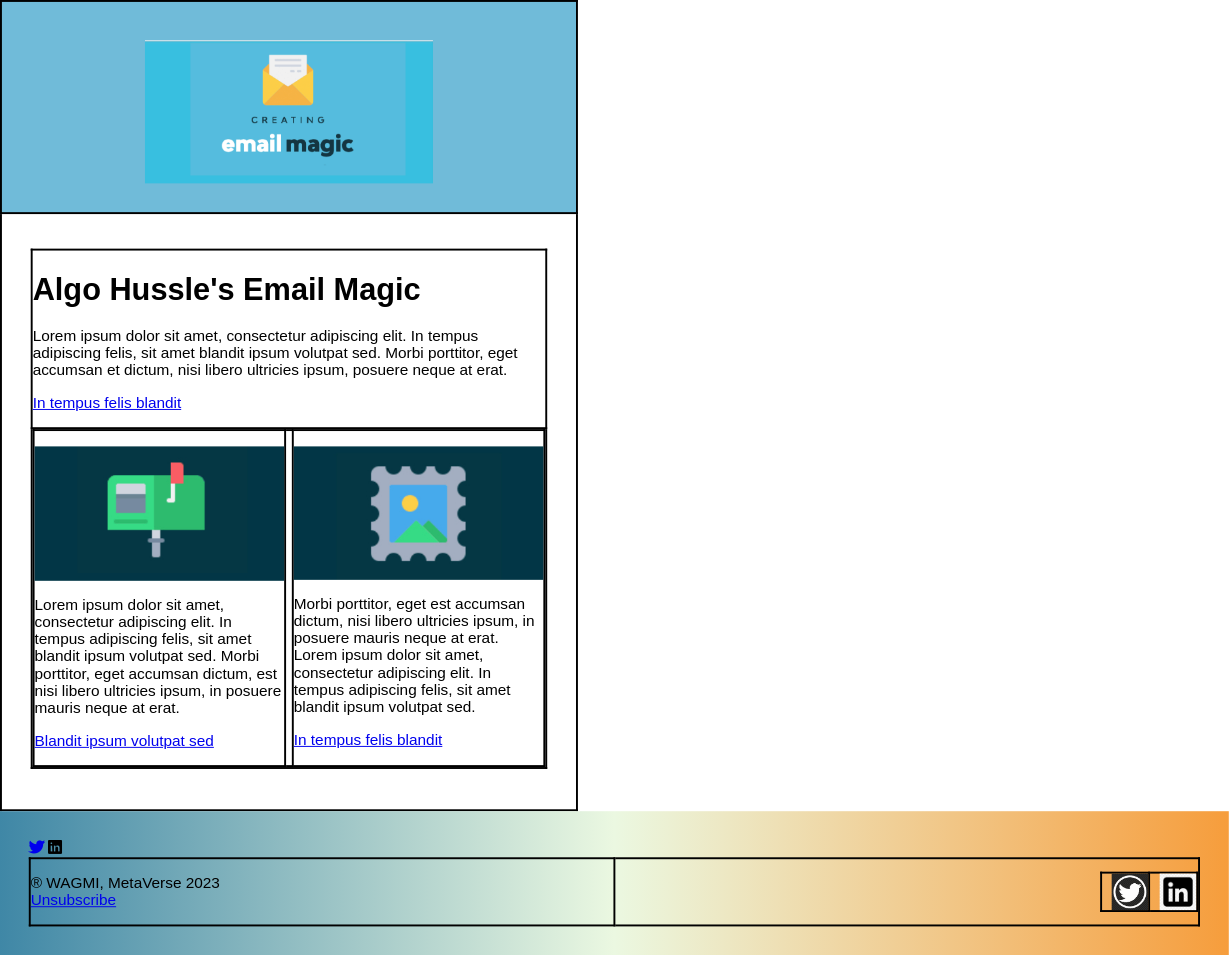
Repository: MikeeBuilds/email-template
Page: index.html
The author's editor kept a copy of each file at every save. The page is drawn from the files as they stood at one save, then again after the next save.
The browser window is 1280 px wide. The pictures show the whole page, at 96% of full size.
Some web libraries are served in a nearby version.

Above is the page before, as saved 2022-11-25 13:37:24.

### index.html
<!DOCTYPE html>
<html lang="en" xmlns="http://www.w3.org./1999/xhtml" xmlns:0="urn:schemas-microsoft-com:office:office">
<head>
    <script src="https://kit.fontawesome.com/f8f61e487a.js" crossorigin="anonymous"></script>
    <meta charset="UTF-8">
    <meta http-equiv="X-UA-Compatible" content="IE=edge">
    <meta name="x-apple-disable-message-reformatting">
    <meta name="viewport" content="width=device-width, initial-scale=1.0">
    <link rel="stylesheet" href="styles.css">
    <title></title>
    <!--[if mso]>
        <noscript>
            <xml>
                <o:OfficeDocumentSettings>
                    <o:AllowPNG/>
                    <o:PixelsPerInch>96</o:PixelsPerInch>
                </o:OfficeDocumentSettings>
            </xml>
        <![endif]-->
        <style>
            table, td, div, h1, p {
                font-family: Arial, sans-serif;
            }
            table, td {
                border: 2px solid #000 !important;
            }
            </style>
<body style="margin: 0; padding: 0;">
    <table role="presentation" style="width: 602px; border-collapse: collapse; border: 1px solid #cccccc; border-spacing: 0; text-align: left;
    border-spacing: 0; background: #ffffff;">
        <tr>
            <td align="center" style="padding: 40px 0 30px 0; background: #70bbd9;">
                <img src="images/h1.png" alt="heading picture" width="300" style="height: auto; display: block;" />
            </td>
        </tr>
        <tr>
            <td align="center" style="padding: 36px 30px 42px 30px;">
                <table role="presentation" style="width:100%;border-collapse:collapse;border:0;border-spacing:0;">
                    <tr>
                        <td style="padding:0;">
                            <h1>Algo Hussle's Email Magic</h1>
<p>Lorem ipsum dolor sit amet, consectetur adipiscing elit. In tempus adipiscing felis, sit amet blandit ipsum volutpat sed. Morbi porttitor, eget accumsan et dictum, nisi libero ultricies ipsum, posuere neque at erat.</p>
<p><a href="http://www.example.com">In tempus felis blandit</a></p>

                        </td>
                    </tr>
                    <tr>
                        <td style="padding:0;">
                            <table role="presentation" style="width:100%;border-collapse:collapse;border:0;border-spacing:0;">
                                <tr>
                                    <td style="width:260px;padding:0;vertical-align:top;">
                                        <p><img src="images/left.png" alt="" width="260" style="height:auto;display:block;" /></p>
            <p>Lorem ipsum dolor sit amet, consectetur adipiscing elit. In tempus adipiscing felis, sit amet blandit ipsum volutpat sed. Morbi porttitor, eget accumsan dictum, est nisi libero ultricies ipsum, in posuere mauris neque at erat.</p>
            <p><a href="http://www.example.com">Blandit ipsum volutpat sed</a></p>
                                    </td>
                                    <td style="width:20px;padding:0;font-size:0;line-height:0;">&nbsp;</td>
                                    <td style="width:260px;padding:0;vertical-align:top;">
                                        <p><img src="images/right.png" alt="" width="260" style="height:auto;display:block;" /></p>
            <p>Morbi porttitor, eget est accumsan dictum, nisi libero ultricies ipsum, in posuere mauris neque at erat. Lorem ipsum dolor sit amet, consectetur adipiscing elit. In tempus adipiscing felis, sit amet blandit ipsum volutpat sed.</p>
            <p><a href="http://www.example.com">In tempus felis blandit</a></p>
        </td>
    </tr>
</table>

                                    </td>
                                </tr>
                            </table>
                        </td>
                    </tr>
                </table>
            </body>
        </head>


        <footer style="padding: 30px; background: linear-gradient(0.25turn, #3f87a6, #ebf8e1, #f69d3c)";>
            <a href="https//:www.twitter.com/bankroll_miyagi"><i  class="fa-solid fa-bounce fa-brands fa-twitter"></i></a>
            <i class="fa-solid fa-bounce fa-brands fa-linkedin"></i></a>
            <table role="presentation" style="width:100%;border-collapse:collapse;border:0;border-spacing:0;">
                <tr>
                    <td style="padding:0;width:50%;" align="left">
                        <p>&reg; WAGMI, MetaVerse 2023<br/><a href="http://www.example.com">Unsubscribe</a></p>
                    </td>
                    <td style="padding:0;width:50%;" align="right">
                        <table role="presentation" style="border-collapse:collapse;border:0;border-spacing:0;">
                            <tr>
                                <td style="padding:0 0 0 10px;width:38px;">
                                    <a href="http://www.twitter.com/bankroll_miyagi"><img src="images/twitter.png" alt="Twitter" width="38" style="height:auto;display:block;border:0;" /></a>
                                </td>
                                <td style="padding:0 0 0 10px;width:38px;">
                                    <a href="http://www.linkedin.com/in/mike-woods-51b3b2257"><img src="images/linkedin.png" alt="Facebook" width="38" style="height:auto;display:block;border:0;" /></a>
                                </td>
                            </tr>
                        </table>
                    </td>
                </tr>
            </table>
        </footer>

        </html>

Loaded but not shown: styles.css (no stored copy; drawn as an empty file)

After the next save:
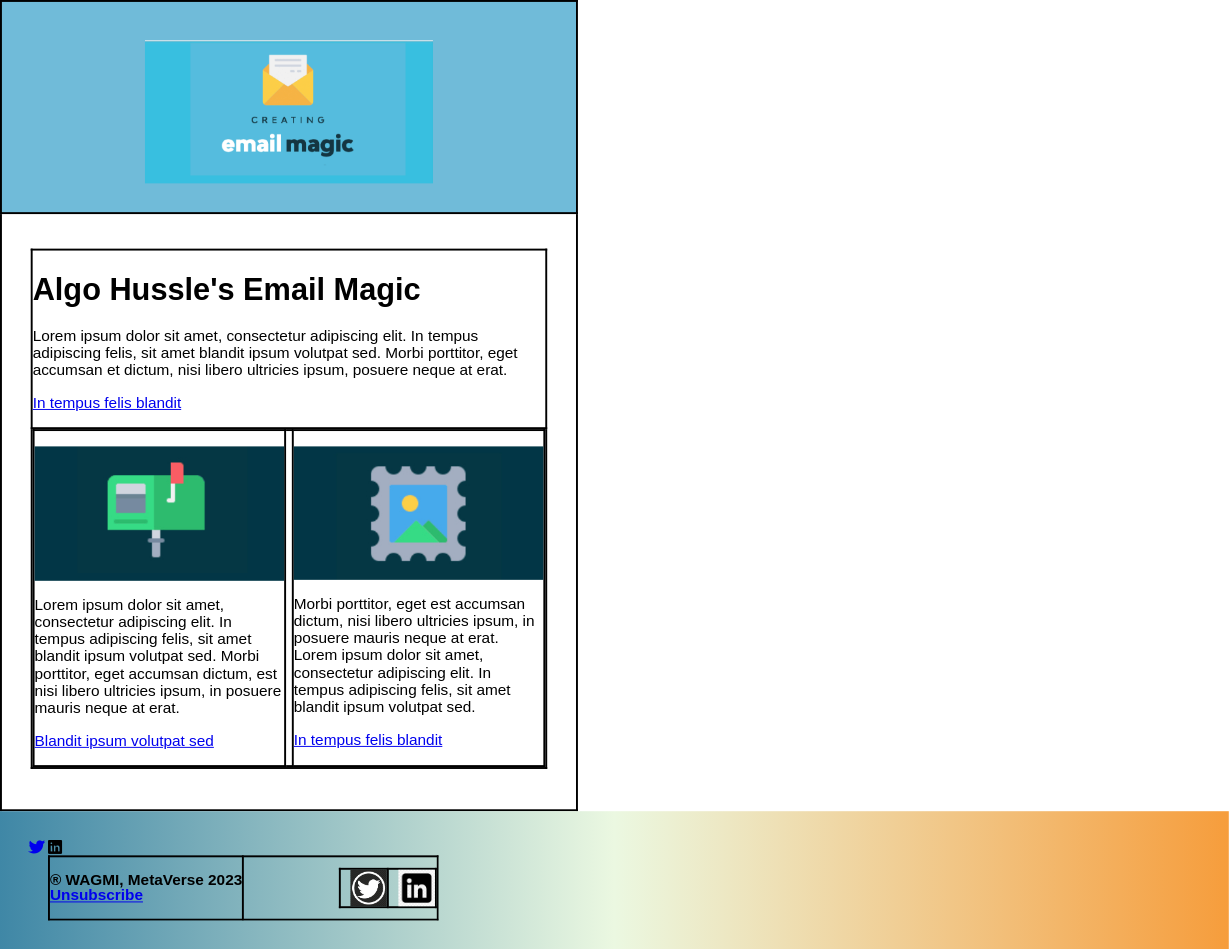
Saved 18 s later.
--- a/index.html
+++ b/index.html
@@ -74,7 +74,7 @@
 
         <footer style="padding: 30px; background: linear-gradient(0.25turn, #3f87a6, #ebf8e1, #f69d3c)";>
             <a href="https//:www.twitter.com/bankroll_miyagi"><i  class="fa-solid fa-bounce fa-brands fa-twitter"></i></a>
-            <i class="fa-solid fa-bounce fa-brands fa-linkedin"></i></a>
+            <a<i class="fa-solid fa-bounce fa-brands fa-linkedin"></i></a>
             <table role="presentation" style="width:100%;border-collapse:collapse;border:0;border-spacing:0;">
                 <tr>
                     <td style="padding:0;width:50%;" align="left">

After the 4 saves that followed:
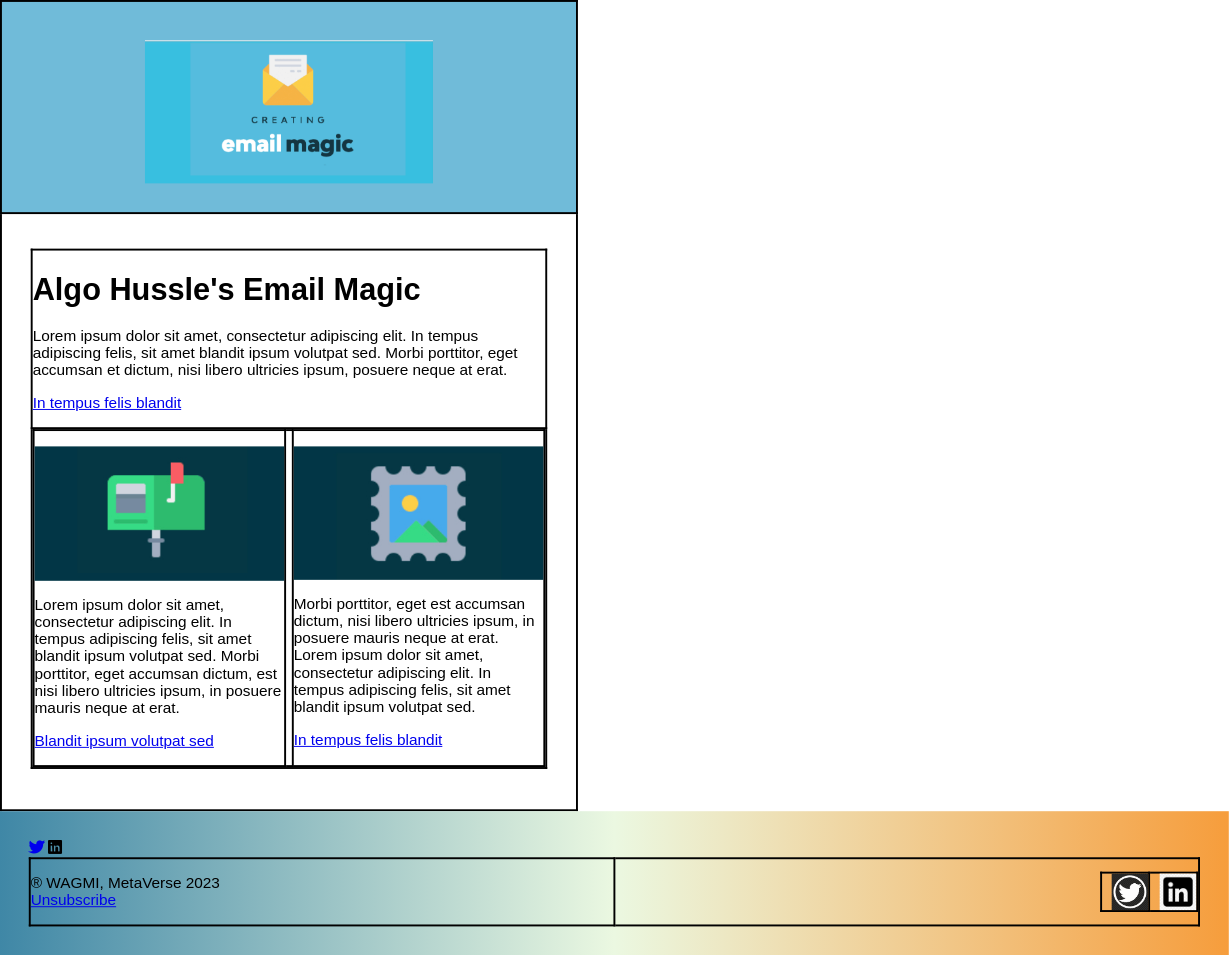
The 4 saves are shown as one change because they came seconds apart.
The last was saved 10 s later.
--- a/index.html
+++ b/index.html
@@ -74,7 +74,7 @@
 
         <footer style="padding: 30px; background: linear-gradient(0.25turn, #3f87a6, #ebf8e1, #f69d3c)";>
             <a href="https//:www.twitter.com/bankroll_miyagi"><i  class="fa-solid fa-bounce fa-brands fa-twitter"></i></a>
-            <a<i class="fa-solid fa-bounce fa-brands fa-linkedin"></i></a>
+            <a href=""></a><i class="fa-solid fa-bounce fa-brands fa-linkedin"></i></a>
             <table role="presentation" style="width:100%;border-collapse:collapse;border:0;border-spacing:0;">
                 <tr>
                     <td style="padding:0;width:50%;" align="left">
